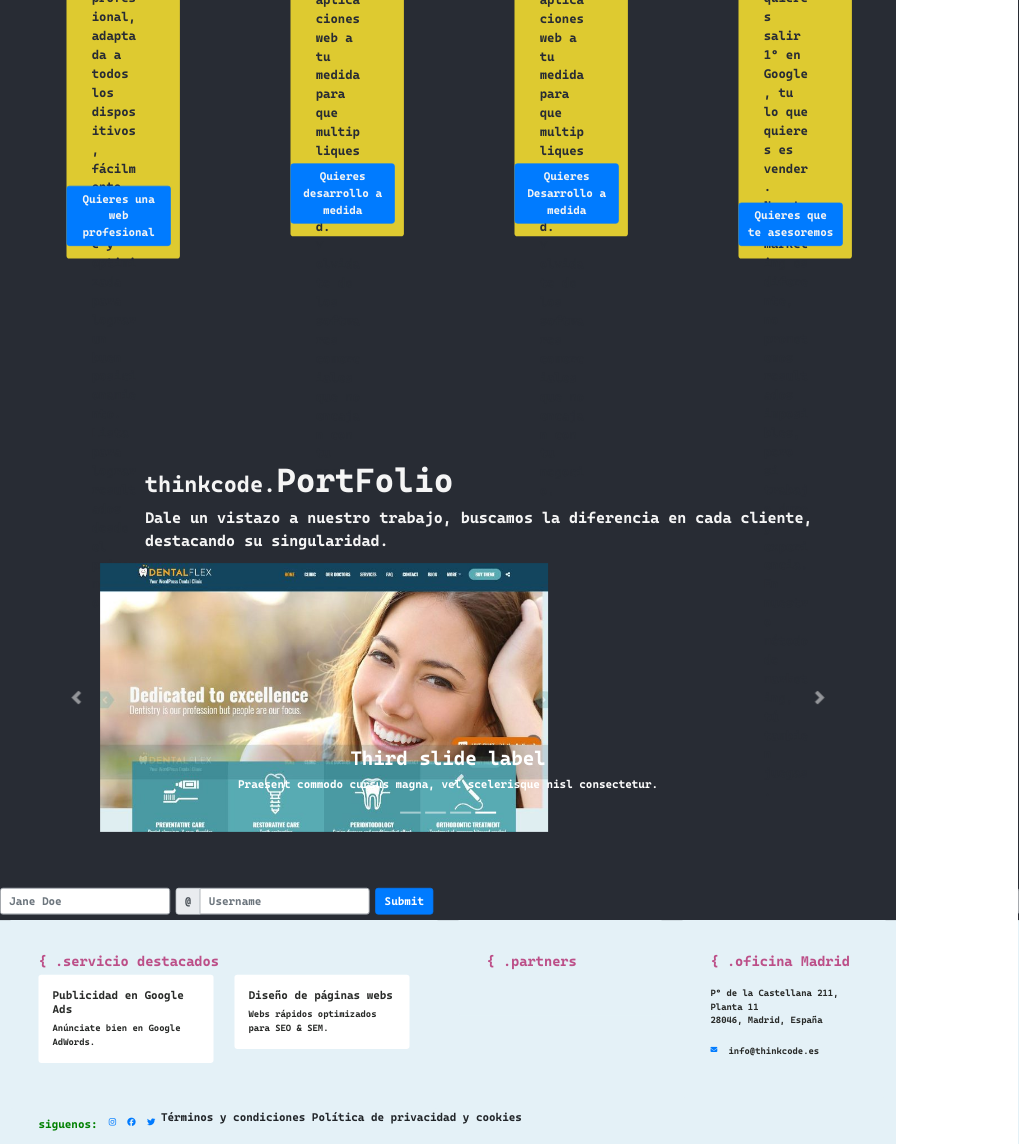
Repository: banchiec/thinkcode
Page: /
An editor plug-in stored every save of this project. The page is shown before and after the next save, followed by the edit.
The browser window is 1280 px wide. The page is 1455 px wide, so the pictures cover 1455 px, including what lies to the right of the window. The pictures show the part of the page from y = 1579 to 3259 px (the page is 3213 px tall before and 3259 px after), at 70% of full size.
Some web libraries are served in a nearby version. The project was rebuilt for these pictures with package versions that can differ from the ones it lists, and the page was loaded fresh each time. Also part of the build but not shown: src/components/MenuItems.js, src/components/Dropdownthink.css, src/components/Dropdownthink.js, src/components/pages/Consulting.js, src/components/pages/ContactUs.js, src/components/pages/Marketing.js, src/components/pages/Products.js, src/components/pages/Services.js and 1 more. Imported but missing from the stored project, and not drawn on this page: src/components/sliderInfo/SliderInfo.

Above is the page before, as saved 2020-11-30 13:57:00.

### public/index.html
<!DOCTYPE html>
<html lang="en">
  <head>
    <meta charset="utf-8" />
    <link rel="icon" href="%PUBLIC_URL%/favicon.ico" />
    <meta name="viewport" content="width=device-width, initial-scale=1" />
    <meta name="theme-color" content="#000000" />
    <meta
      name="description"
      content="Web site created using create-react-app"
    />
    <link rel="apple-touch-icon" href="%PUBLIC_URL%/logo192.png" />

    <!-- fontawesome -->
    <script src="https://kit.fontawesome.com/e7a02c1b14.js" crossorigin="anonymous"></script>
    <!-- jquery -->
    <script src="https://code.jquery.com/jquery-2-2.0.min.js"></script>
    <!--
      manifest.json provides metadata used when your web app is installed on a
      user's mobile device or desktop. See https://developers.google.com/web/fundamentals/web-app-manifest/
    -->
    <link rel="manifest" href="%PUBLIC_URL%/manifest.json" />
    <!--
      Notice the use of %PUBLIC_URL% in the tags above.
      It will be replaced with the URL of the `public` folder during the build.
      Only files inside the `public` folder can be referenced from the HTML.

      Unlike "/favicon.ico" or "favicon.ico", "%PUBLIC_URL%/favicon.ico" will
      work correctly both with client-side routing and a non-root public URL.
      Learn how to configure a non-root public URL by running `npm run build`.
    -->
    <title>React App</title>
  </head>
  <body>
    <noscript>You need to enable JavaScript to run this app.</noscript>
    <div id="root"></div>
    <!--
      This HTML file is a template.
      If you open it directly in the browser, you will see an empty page.

      You can add webfonts, meta tags, or analytics to this file.
      The build step will place the bundled scripts into the <body> tag.

      To begin the development, run `npm start` or `yarn start`.
      To create a production bundle, use `npm run build` or `yarn build`.
    -->


  </body>
</html>

### src/index.css
body {
  margin: 0;
  font-family: -apple-system, BlinkMacSystemFont, 'Segoe UI', 'Roboto', 'Oxygen',
    'Ubuntu', 'Cantarell', 'Fira Sans', 'Droid Sans', 'Helvetica Neue',
    sans-serif;
  -webkit-font-smoothing: antialiased;
  -moz-osx-font-smoothing: grayscale;
}

code {
  font-family: source-code-pro, Menlo, Monaco, Consolas, 'Courier New',
    monospace;
}
@font-face{
  font-family: 'CascadiaCode-Bold';
  src: local('CascadiaCode-Bold'), url(./fonts/CascadiaCode-Bold.ttf)
}

### src/App.js
import './App.css';
// import logo_thinkcode from './logo_thinkcode.png'
import React, {} from 'react'
import 'animate.css'
import Navbarthink from './components/Navbarthink'
import InfoSection from './components/infoSection/InfoSection'
import Pricing from './components/pricing/Pricing'
import Footer from './components/footer/Footer'
import Slide from './components/slide/Slide'
import FormContact from './components/forms/FormContact'
import {BrowserRouter as Router, Switch, Route} from 'react-router-dom'


// import Button  from 'react-bootstrap/Button'
// import 'bootstrap/dist/css/bootstrap.min.css'

// import {Navbar,Button, Nav , NavLink} from 'react-bootstrap'

import Consulting from './components/pages/Consulting'
import ContactUs from './components/pages/ContactUs'
import Home from './components/pages/Home'
import Marketing from './components/pages/Marketing'
import Products from './components/pages/Products'
import Services from './components/pages/Services'
import SignUp from './components/pages/SignUp'
// import InfoSection from './components/infoSection/InfoSection';

function App() {

  // const [click, setClick] = useState(false)
  // const [dropdown, setDropdown] = useState(false)




  return (
    <div className="App">
      <Router>
        <Navbarthink/>
        <Switch>
          <Route path='/consulting' exact component ={Consulting}></Route>
          <Route path='/contact-us' exact component ={ContactUs}></Route>
          <Route path='/' exact component ={Home}></Route>
          <Route path='/marketing' exact component ={Marketing}></Route>
          <Route path='/products' exact component ={Products}></Route>
          <Route path='/services' exact component ={Services}></Route>
          <Route path='/sign-up' exact component ={SignUp}></Route>
        </Switch>
        <InfoSection></InfoSection>
        <Pricing></Pricing>
        <Slide/>
        <FormContact></FormContact>
        <Footer/>
      </Router>

    </div>
  );
}

export default App;

### src/App.css
*{
  box-sizing: border-box;
  margin: 0;
  padding: 0;
  font-family: CascadiaCode-Bold;
  /* background: #282c34 ; */
  /* background: linear-gradient(90deg, rgb(76, 80, 88) 100%, rgb(8, 8, 9) 0%); */
}

.App {
  text-align: center;
  background: #282c34 ;
}

.App-logo {
  height: 40vmin;
  pointer-events: none;
}

.home, .services, .products,.contact-us,.sign-up, .marketing, .consulting{
  display: flex;
  height: 90vh;
  align-items: center;
  justify-content: center;
  font-size: 3rem;
}





@media (prefers-reduced-motion: no-preference) {
  .App-logo {
    animation: App-logo-spin infinite 20s linear;
  }
}

.App-header {
  background-color: #282c34;
  min-height: 100vh;
  display: flex;
  flex-direction: column;
  align-items: center;
  justify-content: center;
  font-size: calc(10px + 2vmin);
  color: white;
}

.App-link {
  color: #61dafb;
}

@keyframes App-logo-spin {
  from {
    transform: rotate(0deg);
  }
  to {
    transform: rotate(360deg);
  }
}

### src/components/Navbarthink.js
import React, { useState} from 'react'
import logo_thinkcode from '../images/logo_thinkcode.png'
// import logo_thinkcode from '../images/logo_thinkcode.png'
import { Buttonthink} from './Buttonthink'
import {Link} from 'react-router-dom'
import './Navbarthink.css'
import Dropdownthink from './Dropdownthink'

export default function Navbarthink(){
    const [click, setClick] = useState(false)
    const [dropdown, setDropdown] = useState(false)

    const handleClick = () => setClick(!click)
    const closeMobileMenu = () => setClick(false)

    const onMouseEnter = () =>{
        if(window.innerWidth < 960) {
        setDropdown(false)
        } else {
        setDropdown(true)
        }
    }
    const onMouseLeave = () =>{
        if(window.innerWidth < 960) {
        setDropdown(false)
        } else {
        setDropdown(false)
        }
    }

    return(
        <>
            <nav className="navbarthink">
                <Link to='/' className="navbar-logo">
                    {/* thinkcode */}
                    <img alt="" src={logo_thinkcode} width="300" height="40"></img>
                </Link>
                <div className='menu-icon' onClick={handleClick}>
                    <i className={click ? 'fas fa-times' : 'fas fa-bars'}
                    />
                </div>
                <ul className={ click ? 'nav-menu active' : 'nav-menu'}>

                    <li className='nav-item'>
                        <Link to='/' className='nav-links' onClick={closeMobileMenu}>
                            Home
                        </Link>
                    </li>
                    <li className='nav-item'
                        onMouseEnter={onMouseEnter}
                        onMouseLeave={onMouseLeave}
                        // onClick={handleClick}
                        >
                        <Link to='/services' className='nav-links' onClick={closeMobileMenu}>
                           Services
                           <i className='fas fa-caret-down' />
                        </Link>
                        {dropdown && <Dropdownthink/>}
                    </li>
                    <li className='nav-item'>
                        <Link to='/products' className='nav-links' onClick={closeMobileMenu}>
                            Products
                        </Link>
                    </li>
                    <li className='nav-item'>
                        <Link to='/contact-us' className='nav-links' onClick={closeMobileMenu}>
                           Contact Us
                        </Link>
                    </li>
                    <li className='nav-item'>
                        <Link to='/sign-up' className='nav-links-mobile' onClick={closeMobileMenu}>
                           Sign up
                        </Link>
                    </li>

                </ul>
                <Buttonthink />
            </nav>
        </>
    )

}

### src/components/infoSection/InfoSection.js
import React from 'react'
// import {AlltextInfoSection} from './AlltextInfoSection'
import imagensvg3 from '../../images/imagensvg3.svg'
import 'bootstrap/dist/css/bootstrap.min.css'
import './infoSection.css'
import {Col, Container,Row,} from 'react-bootstrap'

export default function InfoSection() {

    return (
            <Container fluid  className="content-infoSection">
                <Row>
                    {
                        // AlltextInfoSection.map((item,index) => {
                        //     return (
                        //         <Row>
                        //         <Col  md={6} lg={6} >
                        //             {/* <h1 key={index}>{item.firstTitle}</h1> */}
                        //             <div className="content-text-infoSection">
                        //                 <h2 >{item.firstTitle}<span className="text-title-infoSection animate__animated animate__fadeInLeft animate__delay-1s">{item.secundTitle}</span></h2>
                        //                 <p className="text-infoSection">{item.text}</p>
                        //             </div>
                        //         </Col>
                        //         <Col  md={6} lg={6}  >
                        //             <img  className="imagensvg-infoSection" alt="" src={imagensvg3}></img>
                        //         </Col>
                        //         </Row>
                        //     )
                        // })
                    }

                    <Col  md={6} lg={6} >
                        <div className="content-text-infoSection">
                            <h2 >thinkcode.<span className="text-title-infoSection animate__animated animate__fadeInLeft animate__delay-1s">developers</span></h2>
                            <p className="text-infoSection">Diseño y desarrollo de aplicaciones y páginas web para tu negocio o proyecto.
                            Disfrutamos mucho con lo que hacemos, compruébalo.</p>
                        </div>
                    </Col>
                    <Col  md={6} lg={6}  >
                        <img  className="imagensvg-infoSection" alt="" src={imagensvg3}></img>
                    </Col>

                </Row>

            </Container >
            // <Container fluid  className="content-infoSection">
            //     <Row>
            //         <Col  md={6} lg={6} >
            //             <div className="content-text-infoSection">
            //                 <h2 >thinkcode.<span className="text-title-infoSection animate__animated animate__fadeInLeft animate__delay-1s">developers</span></h2>
            //                 <p className="text-infoSection">Diseño y desarrollo de aplicaciones y páginas web para tu negocio o proyecto.
            //                 Disfrutamos mucho con lo que hacemos, compruébalo.</p>
            //             </div>
            //         </Col>
            //         <Col  md={6} lg={6}  >
            //             <img  className="imagensvg-infoSection" alt="" src={imagensvg3}></img>
            //         </Col>

            //     </Row>

            // </Container >
    )
}

### src/components/forms/FormContact.js
import React from 'react'
import { Container, Col, Row, Form, InputGroup,Button, FormControl } from 'react-bootstrap'

export default function FormContact() {
    return (
        <div>
            <Container>
                <Row>
                    <Col md={4}>
                    </Col>
                    <Col md={8}>
                    </Col>
                </Row>

            </Container>

            <Form inline>
            <Form.Label htmlFor="inlineFormInputName2" srOnly>
                Name
            </Form.Label>
            <Form.Control
                className="mb-2 mr-sm-2"
                id="inlineFormInputName2"
                placeholder="Jane Doe"
            />
            <Form.Label htmlFor="inlineFormInputGroupUsername2" srOnly>
                Username
            </Form.Label>
            <InputGroup className="mb-2 mr-sm-2">
                <InputGroup.Prepend>
                <InputGroup.Text>@</InputGroup.Text>
                </InputGroup.Prepend>
                <FormControl id="inlineFormInputGroupUsername2" placeholder="Username" />
            </InputGroup>
            <Button type="submit" className="mb-2">
                Submit
            </Button>
            </Form>

        </div>
    )
}

### src/components/pages/Home.js
import React,{useEffect} from 'react'
import '../sliderInfo/SliderInfo'

export default function Home() {

    useEffect(()=>{
    })
    return (
        <div>
            {/* <InfoSection></InfoSection> */}
            {/* <Pricing></Pricing> */}
            {/* <Slide/> */}
            {/* <Footer/> */}

           {/* <h1 className='consulting' >Thinkcode</h1> */}
        </div>
    )
}

### src/components/Buttonthink.js
import React  from 'react'
import './Buttonthink.css'
import {Link} from 'react-router-dom'

export function Buttonthink() {
        return (
            <Link to ='sing-up'>
               <button className='btnthink'>Sign think </button>
            </Link>
        )
}

### src/components/Navbarthink.css
.navbarthink{
  /* background: linear-gradient(9deg, rgb(66, 80, 88) 0%, rgb(8, 8, 9) 100%); */
  background: #282c34;

  height: 80px;
  display: flex;
  justify-content: center;
  align-items: center;
  font-size: 1.2rem;
}

.navbar-logo {
  color: #fff;
  justify-self: start;
  margin-left: 40px;
  cursor: pointer;
  text-decoration: none;
}

.fa-firstdraft {
  margin-left: 0.5rem;
  font-size: 1.6rem;
}

.nav-menu {
  display: grid;
  grid-template-columns: repeat(5, auto);
  grid-gap: 10px;
  list-style: none;
  text-align: center;
  width: 70vw;
  justify-content: end;
  margin-right: 2rem;
}

.nav-item {
  display: flex;
  align-items: center;
  height: 80px;
}

.nav-links {
  color: white;
  text-decoration: none;
  padding: 0.5rem 1rem;
}

.nav-links:hover {
  background-color: #1888ff;
  border-radius: 4px;
  transition: all 0.2s ease-out;
}

.fa-bars {
  color: #fff;
}

.nav-links-mobile {
  display: none;
}

.menu-icon {
  display: none;
}

@media screen and (max-width: 960px) {
  /* .text-propuesta {
    margin-top: 12rem;
  } */

  .fa-caret-down {
    display: none;
  }
  .NavbarItems {
    position: relative;
  }

  .nav-menu {
    display: flex;
    flex-direction: column;
    width: 100%;
    height: 90vh;
    position: absolute;
    top: 80px;
    left: -100%;
    opacity: 1;
    transition: all 0.9s ease;
  }

  .nav-menu.active {
    background: #2a2c30;
    left: 0;
    opacity: 1;
    transition: all 0.5s ease;
    z-index: 1;
  }

  .nav-links {
    text-align: center;
    padding: 2rem;
    width: 100%;
    display: table;
  }

  .nav-links:hover {
    background-color: #1888ff;
    border-radius: 0;
  }

  .navbar-logo {
    position: absolute;
    top: 0;
    left: 0;
    transform: translate(25%, 50%);
  }

  .menu-icon {
    display: block;
    position: absolute;
    top: 0;
    right: 0;
    transform: translate(-100%, 60%);
    font-size: 1.8rem;
    cursor: pointer;
  }

  .fa-times {
    color: #fff;
    font-size: 2rem;
  }

  .nav-links-mobile {
    display: block;
    text-align: center;
    padding: 1.5rem;
    margin: 2rem auto;
    border-radius: 4px;
    width: 80%;
    background: #1888ff;
    text-decoration: none;
    color: #fff;
    font-size: 1.5rem;
  }

  .nav-links-mobile:hover {
    background: #fff;
    color: #1888ff;
    transition: 250ms;
  }

  button {
    display: none;
  }
}

### src/components/infoSection/infoSection.css
.content-infoSection {
    /* padding: 0; */
    margin-top: 150px;
    background: #282c34 ;
    height: 700px;
    /* border: 1px solid rebeccapurple; */
}
.content-text-infoSection {
    margin-left: 12rem;
    margin-top: 8rem;
    text-align: start;
    /* border: 0; */
    /* padding: 0; */
    /* border: 1px solid whitesmoke; */
    color: whitesmoke;
}
.imagensvg-infoSection {
    padding: 0;
    /* border-right: 5px; */
    width: 800px;

}
.text-title-infoSection{
    font-size: 3rem;
    /* size: 12px; */
}
.text-infoSection {
    font-size: 22px;
}
@media screen and (max-width: 960px) {
    .content-infoSection {
        margin-top: 0px;
    }
    .text-infoSection{
        margin-top: 3rem;
        margin-left: 1rem;
        margin-right: 1rem;
    }
    .imagensvg-infoSection{
        margin-top: 5rem;
        width: 500px;
    }
    .content-text-infoSection {
        margin-left: 1rem;
    }
    .text-propuesta {
        margin-top: 15rem;
    }

}

### src/components/pricing/Pricing.css
.container-pricing {
    /* background-color: whitesmoke; */
    /* border: 1px solid white; */
    /* height:  800px; */
    background: linear-gradient(90deg, rgb(76, 80, 88) 100%, rgb(66, 66 66) 0%);
    /* z-index: -1; */
}
.container-card{
    padding-top: 4rem;
    align-content: center;
    padding: auto;
    text-align: start;
    /* height: 600px; */
    /* background-color: violet; */
    /* color: transparent; */
}
.card-pricing {
    /* width: 34rem; */
    margin-left: 5rem;
    background: #deca30;
    /* background: #3b4454; */
    /* background: linear-gradient(90deg, rgb(224, 242, 241) 0%, rgb(255, 255, 255) 100%); */
    margin-right: 3rem;
    height: 52rem;
}
.card-left {
    margin-top: 4rem;
}
.card-right {
    margin-top: 4rem;
}
.card-button {
    /* margin-top: 3rem; */
    /* margin-left: 13rem; */
    position: absolute;
    right: 13px;
    bottom: 18px;
    color: whitesmoke;
}
.text-card {
    padding-top: 1.5rem;
    padding-left: 1rem;
    padding-right: 2.5rem;
    color: #282c34;
    font-size: 18px;
}
.image-pricing {
    height: 15rem;
    width: 80%;
    align-self: center;
}
.title-card {
    /* padding-top: 0.2rem; */
    padding-left: 1rem;
    color: #282c34;
    font-size: 28px;
}
.text-propuesta {
    margin: 0 0.5rem;
    animation: bounce;
    animation-duration: 2s;
    color: whitesmoke;
    font-size: 3rem;
}

@media screen and (max-width: 960px){
    .text-propuesta{
        margin-top: 12rem;
    }
}

### src/components/footer/Footer.css
.container-footer {
    border: 0;
    /* padding: 0; */
    /* border: 1px solid green; */
    height: auto;
    background: #e4f1f7;
}
.card{
    /* padding-bottom: 22px; */
    border: 0;
    /* background: white; */
    text-align: left;
    font-size: small;
    width: auto;
    /* background: #deca30; */
}
.card-footer {
    padding-top: 10px;
    padding-bottom: 22px;
    border: 0;
    color: #282a28;
    background: #e4f1f7;
}
.text-card-footer  {
    padding: 0;
    margin-top: 1.5rem;
    font-size: small;
    text-align: start;
}
.title-footer{
    text-align: left;
    font-size: medium;
}
.title-card-footer {
    margin-top: 1rem;
    text-align: left;
    color: #bc4f88;
}
.pin-ic{
    margin-top: 12px;
    margin: 8px;
    position:center;
}

.pin-ic-enveloped{
    margin-top: 12px;
    /* margin: 8px; */
    margin-right: 1rem;
    position:center;
}
.iconos-redes-sociales{
    position: relative;
    margin-left: 2.5rem;
}
.text-siguenos{
    margin-top: 10px;
    margin-right: 8px;
    color: green;

}

### src/components/slide/Slide.css
.container-slider {
    margin-top: 10rem;
    border-top: 5rem;
    margin-bottom: 5rem;
}
.d-block {
    margin-left: 8rem;
    width: 40rem;
    height: 24rem;
    /* border:1px solid green; */
}

.container-secundary-slider .d-block {
    width: 20rem;
    height: 12rem;
    margin-left: 2rem;


}
.carousel-large {
    width: 100%;
}
@media screen and (max-width: 960px) {
    .d-block {
        margin-left: auto;
    }

}

### src/components/Buttonthink.css
:root{
    --primary: #1888ff;
}
.btnthink{
    padding: 8px 20px;
    border-radius: 4px;
    outline: none;
    border: none;
    font-size: 18px;
    color: #fff;
    cursor: pointer;
    background-color: var(--primary);
}
.btnthink:hover {
    padding: 6px 18px;
    transition: all 1.5s ease-out;
    background-color: transparent;
    color: #2a2a2a;
    border-radius: 4px;
    border: 2px solid var(--primary)
}

Loaded but not shown: src/index.js (common file); src/components/footer/Footer.js (102 lines, source omitted); src/components/pricing/Pricing.js (84 lines, source omitted); src/components/slide/Slide.js (84 lines, source omitted)

After the next save:
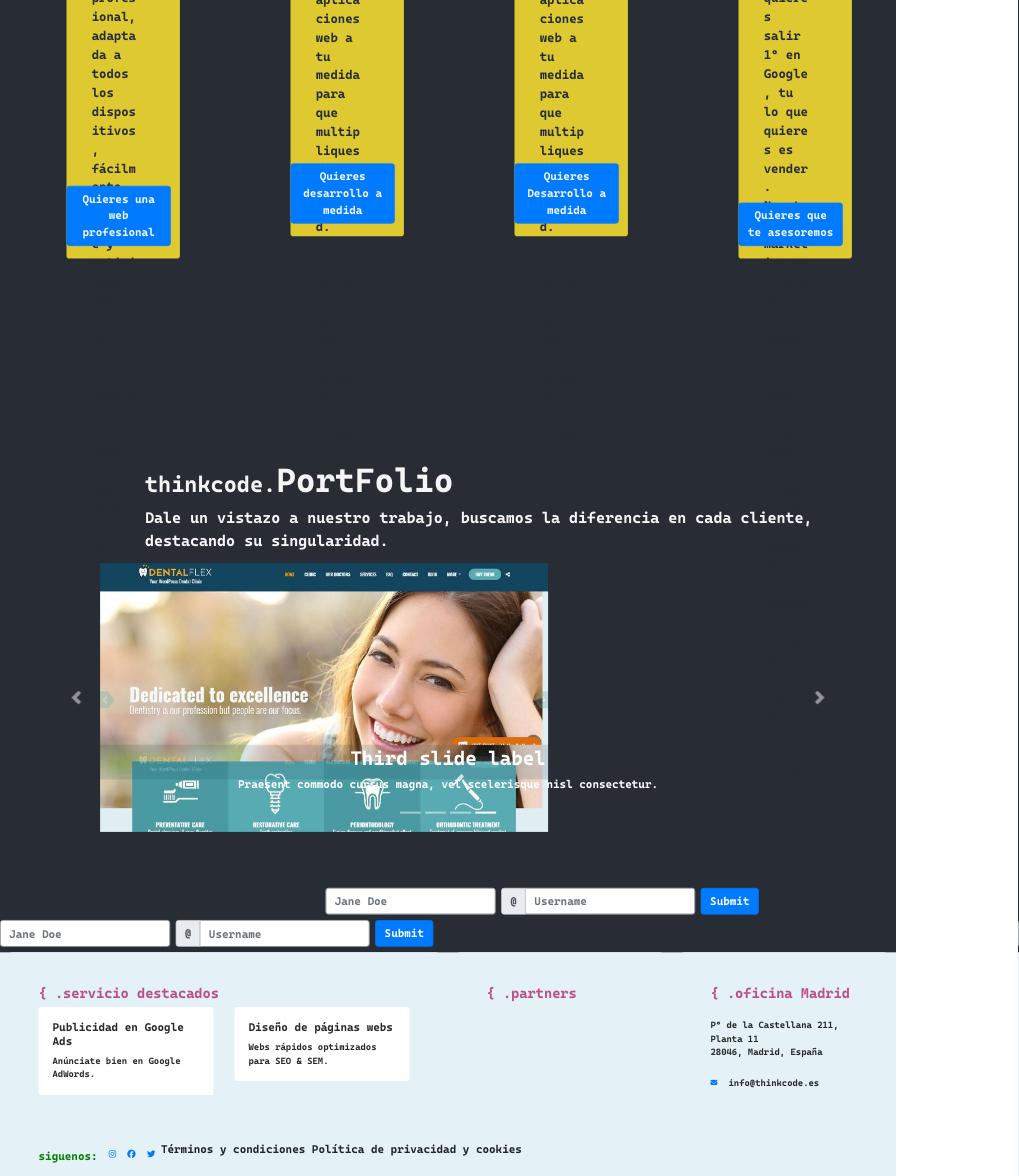
Saved 26 s later.
--- a/src/components/forms/FormContact.js
+++ b/src/components/forms/FormContact.js
@@ -9,6 +9,28 @@ export default function FormContact() {
                     <Col md={4}>
                     </Col>
                     <Col md={8}>
+                        <Form inline>
+                            <Form.Label htmlFor="inlineFormInputName2" srOnly>
+                                Name
+                            </Form.Label>
+                            <Form.Control
+                                className="mb-2 mr-sm-2"
+                                id="inlineFormInputName2"
+                                placeholder="Jane Doe"
+                            />
+                            <Form.Label htmlFor="inlineFormInputGroupUsername2" srOnly>
+                                Username
+                            </Form.Label>
+                            <InputGroup className="mb-2 mr-sm-2">
+                                <InputGroup.Prepend>
+                                <InputGroup.Text>@</InputGroup.Text>
+                                </InputGroup.Prepend>
+                                <FormControl id="inlineFormInputGroupUsername2" placeholder="Username" />
+                            </InputGroup>
+                            <Button type="submit" className="mb-2">
+                                Submit
+                            </Button>
+                        </Form>
                     </Col>
                 </Row>
 
